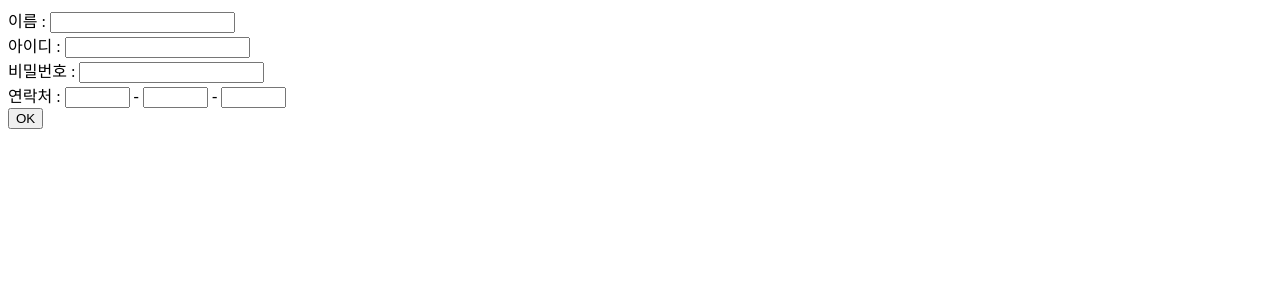
Repository: usonihs/StudyX
Page: JSP/HTML/src/main/webapp/Lec06.html
An editor plug-in stored every save of this project. The page is shown before and after the next save, followed by the edit.
The browser window is 1280 px wide. The pictures show the whole page.

Above is the page before, as saved 2022-10-19 06:03:36.

After the next save:
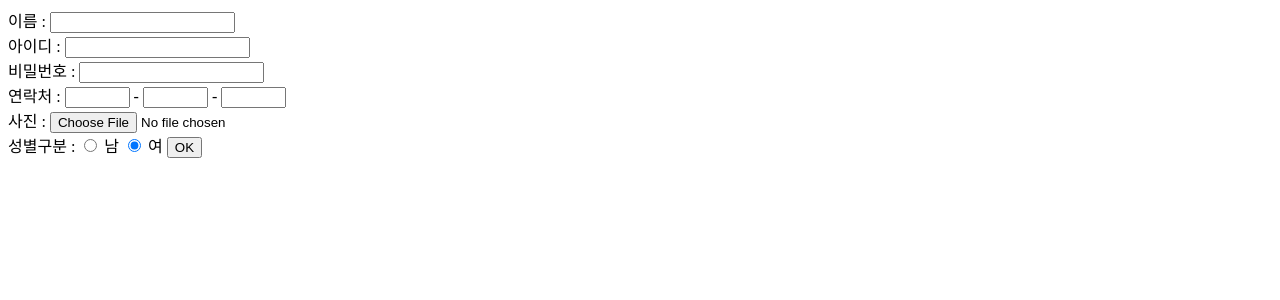
Saved 2 min 10 s later.
--- a/JSP/HTML/src/main/webapp/Lec06.html
+++ b/JSP/HTML/src/main/webapp/Lec06.html
@@ -10,8 +10,12 @@
 		아이디 : <input type="text" name="userId"><br>
 		비밀번호 : <input type="password" name="userPassword"><br>
 		연락처 : <input type="text" name="phone1" size="5 "> -
-			 <input type="text" name="phone2" size="5 "> -
-			 <input type="text" name="phone3" size="5 "> <br>
+				<input type="text" name="phone2" size="5 "> -
+				<input type="text" name="phone3" size="5 "> <br>
+		사진 : <input type="file" name="picture"><br>
+		성별구분 : <input type="radio" name="gender" Value="man" checked="checked"> 남
+				<input type="radio" name="gender" Value="woman" checked="checked"> 여
+
 
 		<input type="submit" name="okBtn" value="OK">
 	</form>
